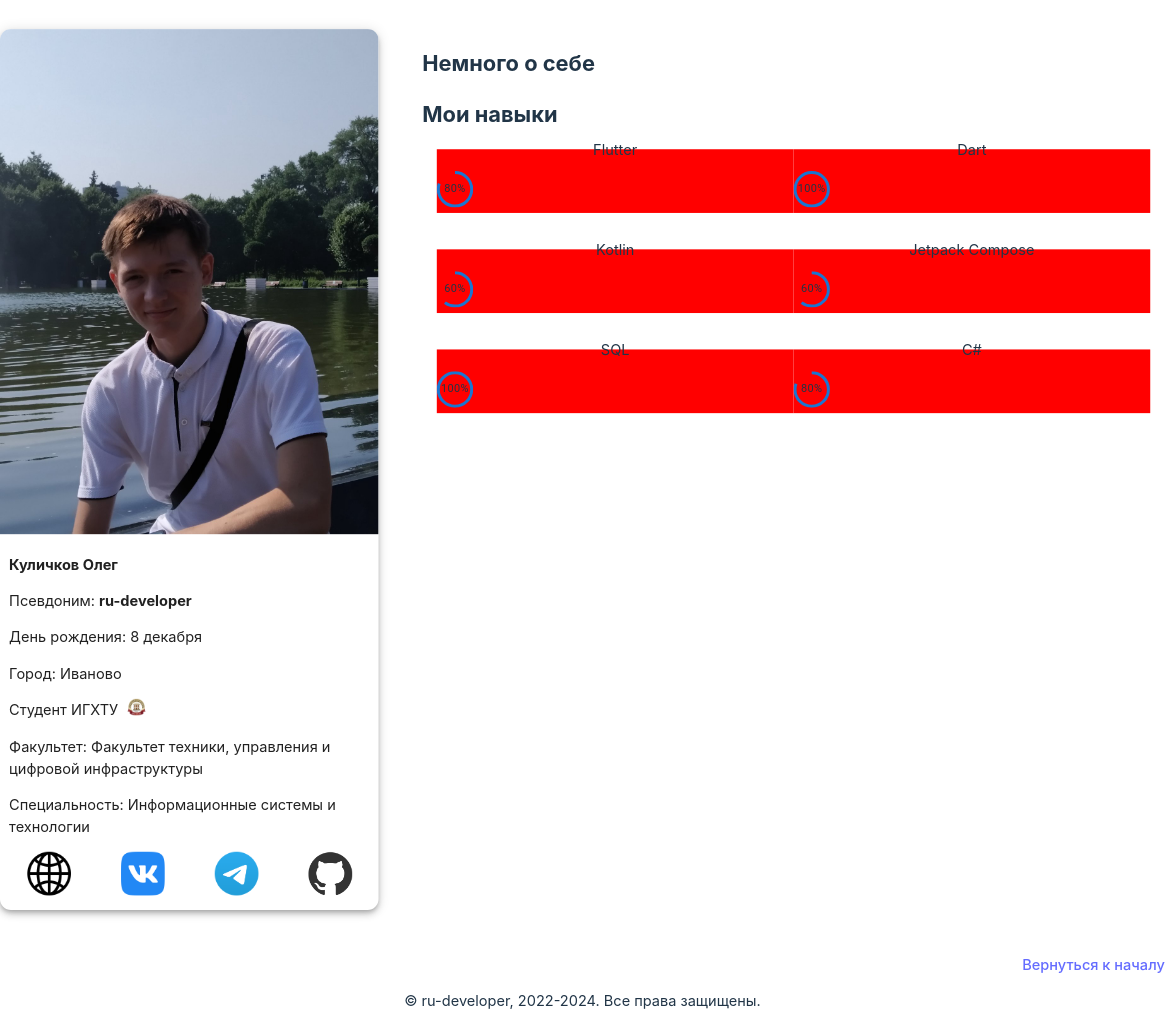
Repository: HubOl01/my_profile
Page: /
These files come from the project's save history. The page is drawn as it stood at one moment and after the next save; the edit follows.
The browser window is 1280 px wide. The pictures show the whole page, at 91% of full size.
The project was rebuilt for these pictures with package versions that can differ from the ones it lists, and the page was loaded fresh each time. Also part of the build but not shown: vite.config.ts, src/components/header/Header.module.scss, src/data/websites.ts.

Above is the page before, as saved 2024-03-09 10:53:53.

### src/App.tsx
import { Grid } from '@mui/material'
import './App.css'
import Common from './components/center/Common'
import Footer from './components/footer/Footer'
import Header from './components/header/Header'
import LeftBar from './components/left/LeftBar'
import style from './App.module.scss'

function App() {

  return (
    <>
      <Header />
      <Grid container spacing={2}>
        <Grid className={style.profile} item xs={4}>
          <LeftBar />
        </Grid>
        <Grid item xs>
          <Common />
        </Grid>
      </Grid>
      <Footer />
    </>
  )
}

export default App

### src/App.css
#root {
  max-width: 1280px;
  margin: 0 auto;
  /* padding: 2rem; */
  /* text-align: center; */
}
.logo:hover {
  filter: drop-shadow(0 0 2em #646cffaa);
}
.logo.react:hover {
  filter: drop-shadow(0 0 2em #61dafbaa);
}

@keyframes logo-spin {
  from {
    transform: rotate(0deg);
  }
  to {
    transform: rotate(360deg);
  }
}

@media (prefers-reduced-motion: no-preference) {
  a:nth-of-type(2) .logo {
    animation: logo-spin infinite 20s linear;
  }
}

/* .card {
  padding: 2em;
} */

.read-the-docs {
  color: #888;
}


/* .profile{
  min-width: 100%;
} */

### src/components/center/Common.tsx
import React from 'react'
import styles from './styles.module.scss'
import { Box, Grid } from '@mui/material'
import { CircularProgressWithLabel } from '../atoms/circularProgressWithLabel'
import { my_skills } from '../../data/my_skills'

export default function Common() {
  return (
    <div className={styles.center_common}>
      <h2>Немного о себе</h2>
      <p>

      </p>
      <h2>
        Мои навыки
      </h2>
      <Grid container margin={2} rowGap={5}>
        {
          my_skills.map((skill) =>
            <Grid xs={6}>
              <Box sx={{
                // width: "100%",
                background: "red",
              }}
              ><div style={{
                display: "inl",
                "textAlign": "center",
                transform: "translateY(-50%)",
              }}>
                {skill.name}

              </div>
                <CircularProgressWithLabel value={skill.progress * 100} />


              </Box>
            </Grid>
          )
        }
        {/*
        <Grid xs={6} ><CircularProgressWithLabel value={my_skills[0].progress}/></Grid> */}
        {/* <Grid xs={6} ><CircularProgressWithLabel value={}/><</Grid>
        <Grid xs={6} ><CircularProgressWithLabel value={}/><</Grid>
        <Grid xs={6} ><CircularProgressWithLabel value={}/><</Grid>
        <Grid xs={6} ><CircularProgressWithLabel value={}/><</Grid>
        <Grid xs={6} ><CircularProgressWithLabel value={}/><</Grid> */}
      </Grid>
      {/* <h2>Хобби</h2>
      <p>
        Я люблю изучать что-то новое. Я программирую на языке программирования
        C# и продолжаю осваивать язык в некоторых направлениях. (Например:
        создание мобильных приложений Xamarin и создание игр Unity)
      </p>
      <h2>Спорт</h2>
      <p>
        Я более 10 лет занимаюсь конькобежным спортом. В 16 лет выполнил
        спортивный разряд кандидат в мастера спорта. Кроме этого, с начала 1
        курса я начал заниматься легкой атлетикой. Принимаю участие в
        соревнованиях в составе сборной ИГХТУ.
      </p> */}
    </div>
  )
}

### src/components/footer/Footer.tsx
import React from 'react'

export default function Footer() {
  return (
    // <footer className="text-muted" style={{
    //   "width":"100%"
    // }}>
      <div className="container">
        <p className="float-right" style={{
      "textAlign": "right"
    }}>
          <a href="#">Вернуться к началу</a>
        </p>
        <p className="footer-text"
        style={{
          "textAlign": "center"
        }}
        >© ru-developer, 2022-{(new Date()).getFullYear()}. Все права защищены.</p>
      </div>
    // </footer>
  )
}

### src/components/header/Header.tsx
import './Header.module.scss'

export default function Header() {
  return (
      <div>
        {/* <h1>About myself</h1> */}
      </div>
  )
}

### src/components/left/LeftBar.tsx
import { Card, Grid } from '@mui/material';
import about from '../../assets/images/About.jpg';
import isuct from '../../assets/images/isuct.png';
import { websites } from '../../data/websites';
import { nickname } from '../../data/my_projects';
import style from './style.module.scss';

const list_web = websites.map((web) =>
  <Grid item xs>
    <div className="web">
      <a
        href={web.href}
        title={web.title}
      >
        <img
          className={style.img_icon}
          alt={web.alt}
          src={web.src}
          width={40}
        />
      </a>
    </div>
  </Grid>
)


const LeftBar = () => {
  return (
    <>
      <Card elevation={5}
      className={style.leftCard}
        sx={{
          borderRadius: 3,
        }} >
        <a title="Куличков Олег" href="https://vk.com/oleg01f">
          <img
            alt="about"
            src={about}
            style={{
              // borderRadius: '15px',
              display: 'flex',
              width: "100%",
            }}
            data-holder-rendered="true"
          />
        </a>
        <div style={{ padding: "5px 10px 10px 10px" }}> {/* top, right, bottom, left */}
          <div>
            <p>
              <b>Куличков Олег</b>
            </p>
            <p>
              Псевдоним: <b>{nickname}</b>
            </p>
            <p>
              <span >День рождения:</span> 8 декабря
            </p>
            <p>
              <span className="text-format">Город:</span> Иваново
            </p>
            <p>
              Студент ИГХТУ
              <img
                className="isuct"
                alt="ISUCT"
                src={isuct}
                width={20}
                style={{ "marginLeft": "10px" }}
              // data-holder-rendered="true"
              />
            </p>
            <p>
              <span className="text-format">Факультет:</span> Факультет техники,
              управления и цифровой инфраструктуры
            </p>
            <p>
              <span className="text-format">Специальность:</span> Информационные
              системы и технологии
            </p>
            {/* <p style={{
              "textAlign": "center",
              "justifyContent": "center",
              display: 'flex',
              width: "100%",

          }}>
            <span className="text-format">Социальные сети</span>
          </p> */}

            <Grid container spacing={2}

              sx={{
                'textAlign': "center",
                // display: 'flex',
                // width: "100%",
              }
              }>
              {list_web}
            </Grid>

          </div>
        </div>


      </Card>
    </>
  )
}

export default LeftBar

### src/App.module.scss
@media (max-width: 425px) {
    .profile{
      min-width: 100%;
    }
  }
  @media screen and (min-width: 426px) {
    .profile{
      min-width: 300px;
    }
  }

### src/components/center/styles.module.scss
.center_common{
    padding: 2rem;
}

### src/components/atoms/circularProgressWithLabel.tsx
import * as React from 'react';
import CircularProgress, {
  CircularProgressProps,
} from '@mui/material/CircularProgress';
import Typography from '@mui/material/Typography';
import Box from '@mui/material/Box';

export function CircularProgressWithLabel(
  props: CircularProgressProps & { value: number },
) {
  return (
    <Box sx={{ position: 'relative', display: 'inline-flex' }}>
      <CircularProgress variant="determinate" {...props} />
      <Box
        sx={{
          top: 0,
          left: 0,
          bottom: 0,
          right: 0,
          position: 'absolute',
          display: 'flex',
          alignItems: 'center',
          justifyContent: 'center',
        }}
      >
        <Typography
          variant="caption"
          component="div"
          // color="text.secondary"
        >{`${Math.round(props.value)}%`}</Typography>
      </Box>
    </Box>
  );
}

// export default function CircularWithValueLabel() {
//   const [progress, setProgress] = React.useState(10);

//   React.useEffect(() => {
//     const timer = setInterval(() => {
//       setProgress((prevProgress) => (prevProgress >= 100 ? 0 : prevProgress + 10));
//     }, 800);
//     return () => {
//       clearInterval(timer);
//     };
//   }, []);

//   return <CircularProgressWithLabel value={progress} />;
// }

### src/data/my_skills.ts
import { FullStack } from "./my_projects";

interface ISkill{
    name: string;
    progress: number;
}

export const my_skills: ISkill[] = [
    {
        name: FullStack.Flutter,
        progress: .80
    },
    {
        name: FullStack.Dart,
        progress: 1
    },
    {
        name: FullStack.Kotlin,
        progress: .6
    },
    {
        name: FullStack.Jetpack_Compose,
        progress: .6
    },
    {
        name: FullStack.SQL,
        progress: 1
    },
    {
        name: FullStack.C_sharp,
        progress: .8
    }
]

### src/data/my_projects.ts
export interface IProjects {
  title: string;
  description: string[];
  url_icon: string;
  url_images: string[];
  url_stores: string[];
  url_sources: string[];
  creator: string;
  fullStack: string[];
  platforms: string[];
  color: string;
}
export const nickname = "ru-developer";
export enum Platforms {
  Android = "Android",
  IOS = "IOS",
  Windows = "Windows",
  Linux = "Linux",
  Web = "Web",
}
// enum Colors {
//   Red = "",
//   White = "",
//   Black = "",
//   Green = "",
// }
export enum FullStack {
  Flutter = "Flutter",
  Dart = "Dart",
  Kotlin = "Kotlin",
  Jetpack_Compose = "Jetpack Compose",
  Winforms = "Winforms",
  C_sharp = "C#",
  React = "React",
  Typescript = "Typescript",
  Retrofit = "Retrofit",
  PHP = "PHP",
  SQLite = "SQLite",
  SQL = "SQL",
  MySQL = "MySQL",
  PostgreSQL = "PostgreSQL",
  Git = "Git",
  HTML = "HTML",
  CSS = "CSS",
  SCSS = "SCSS",
  Vite = "Vite",
}

export const projects: IProjects[] = [
  {
    title: "My Songbook",
    description: [
      "My Songbook – это творческая мастерская в вашем кармане. Независимо от того, являетесь ли вы гитаристом, певцом, композитором или просто энтузиастом музыки, это приложение поможет вам воплотить ваши музыкальные идеи в жизнь.",
      "\n",
      "Основные возможности:",
      "\n",
      "- Записывайте и редактируйте песни: Создавайте музыку в любое время, в любом месте. Записывайте мелодии, добавляйте тексты и настраивайте аранжировки – все это в вашем распоряжении.",
      "- Справочник аккордов для гитары: Независимо от вашего уровня мастерства, наше приложение предлагает обширный справочник аккордов для гитары. Найдите нужный аккорд и создайте свой собственный уникальный звук.",
      "- Автоскролл и легкая навигация: Никогда больше не теряйтесь в тексте. Функция автоскролла позволяет вам сконцентрироваться на музыке, а не на прокрутке текста.",
      "- Делитесь своей музыкой: Поделитесь своими произведениями с миром через социальные сети непосредственно из приложения. Позвольте всем услышать вашу творческую энергию.",
      "- Аудиофайлы с песнями: Сохраняйте свои композиции в виде аудиофайлов. Прослушивайте их в любое время или отправляйте друзьям и коллегам.",
      "\n",
      "Почему выбрать My Songbook?",
      "\n",
      "- Простота и удобство: Даже если вы начинающий музыкант, вы сможете создавать профессиональные композиции с легкостью.",
      "- Безопасное хранение ваших произведений: Ваши записи остаются конфиденциальными. Спокойно работайте над своими идеями, зная, что они в безопасности.",
      "\n",
      "Неважно, вы начинающий музыкант или профессионал, My Songbook поможет вам создать и поделиться музыкой, которая касается сердец. Начните свое музыкальное путешествие сегодня!",
    ],
    url_icon: "",
    url_images: [],
    url_stores: [
      "https://apps.rustore.ru/app/ru.ru_developer.my_songbook",
      "https://appgallery.huawei.com/app/C109087129",
      "https://global.app.mi.com/details?lo=RU&la=en_US&id=ru.ru_developer.my_songbook.mi",
    ],
    url_sources: ["https://github.com/HubOl01/my_songbook"],
    creator: nickname,
    fullStack: [FullStack.Flutter, FullStack.Dart],
    platforms: [Platforms.Android],
    color: "",
  },
  {
    title: "Мой универ - ИГХТУ",
    description: [
      '"Мой универ - ИГХТУ" - это мобильное приложение, специально разработанное для студентов Ивановского государственного химико-технологического университета. Вы теперь сможете посмотреть расписание пар даже без интернета! Также можно получать уведомления об информации пар каждый день. В приложении также доступны заметки и вы можете записывать лекции, делать пометки, прикреплять ссылки и также делиться ими.',
      "\n",
      "Основные функции приложения:",
      "\n",
      "- Календарь с расписанием пар на текущий день",
      "- Расписание лекций, практик и семинаров",
      "- Новости ВУЗа",
      "- Вход в moodle ИГХТУ",
      "- Расписание преподавателей, сессий",
      "- Поисковик",
      "- Заметки, конспекты",
      "- Уведомления об информации пар на каждый день",
      "\n",
      "Также приложение адаптировано под планшеты      ",
    ],
    url_icon: "",
    url_images: [],
    url_stores: [
      "https://apps.rustore.ru/app/ru.ru_developer.my_university_isuct",
    ],
    url_sources: ["https://github.com/HubOl01/my_university_isuct"],
    creator: nickname,
    fullStack: [FullStack.Flutter, FullStack.Dart, FullStack.PHP],
    platforms: [Platforms.Android],
    color: "",
  },
  {
    title: "MyAppHome",
    description: ["Приложение для многоквартирных домов"],
    url_icon: "",
    url_images: [],
    url_stores: [],
    url_sources: [],
    creator: "Создано вместе с командой OVERLAGO",
    fullStack: [FullStack.Flutter, FullStack.Dart],
    platforms: [Platforms.Android],
    color: "",
  },
  {
    title: "City Adventures",
    description: [],
    url_icon: "",
    url_images: [],
    url_stores: [],
    url_sources: [],
    creator: "Создано с командой на хакатоне",
    fullStack: [FullStack.Flutter, FullStack.Dart],
    platforms: [Platforms.Android],
    color: "",
  },
  {
    title: "Bellisemo",
    description: ["Student project for study architectural technologies"],
    url_icon: "",
    url_images: [],
    url_stores: [],
    url_sources: [],
    creator: "Student project",
    fullStack: [FullStack.React, FullStack.Typescript],
    platforms: [Platforms.Web],
    color: "",
  },
  {
    title: "Weather",
    description: ["Student project for study kotlin jetpack compose"],
    url_icon: "",
    url_images: [],
    url_stores: [],
    url_sources: [],
    creator: nickname,
    fullStack: [
      FullStack.Jetpack_Compose,
      FullStack.Kotlin,
      FullStack.Retrofit,
    ],
    platforms: [Platforms.Android],
    color: "",
  },
  {
    title: "My portfolio",
    description: ["Вебсайт для показа своих проектов, которые мы видим здесь"],
    url_icon: "",
    url_images: [],
    url_stores: [],
    url_sources: [],
    creator: nickname,
    fullStack: [FullStack.React, FullStack.Typescript],
    platforms: [Platforms.Web],
    color: "",
  },
];

### src/components/left/style.module.scss
@media (max-width: 699px) {
    .img_icon {
        width: 2em;
        // height: 50%;
    }
}
@media screen and (min-width: 700px) {
    .img_icon {
        width: 3em;
        // height: 50%;
    }
}
// @media screen and (max-width: 768px) {
//     .img_icon {
//         width: 50px;
//         height: 50px;
//     }
// }
div {
    display: "flex";
}
.leftCard {
    margin: 2em 0;
}
/* // .custom-card{

// } */

Loaded but not shown: index.html (common file); src/main.tsx (common file); src/index.css (common file)

After the next save:
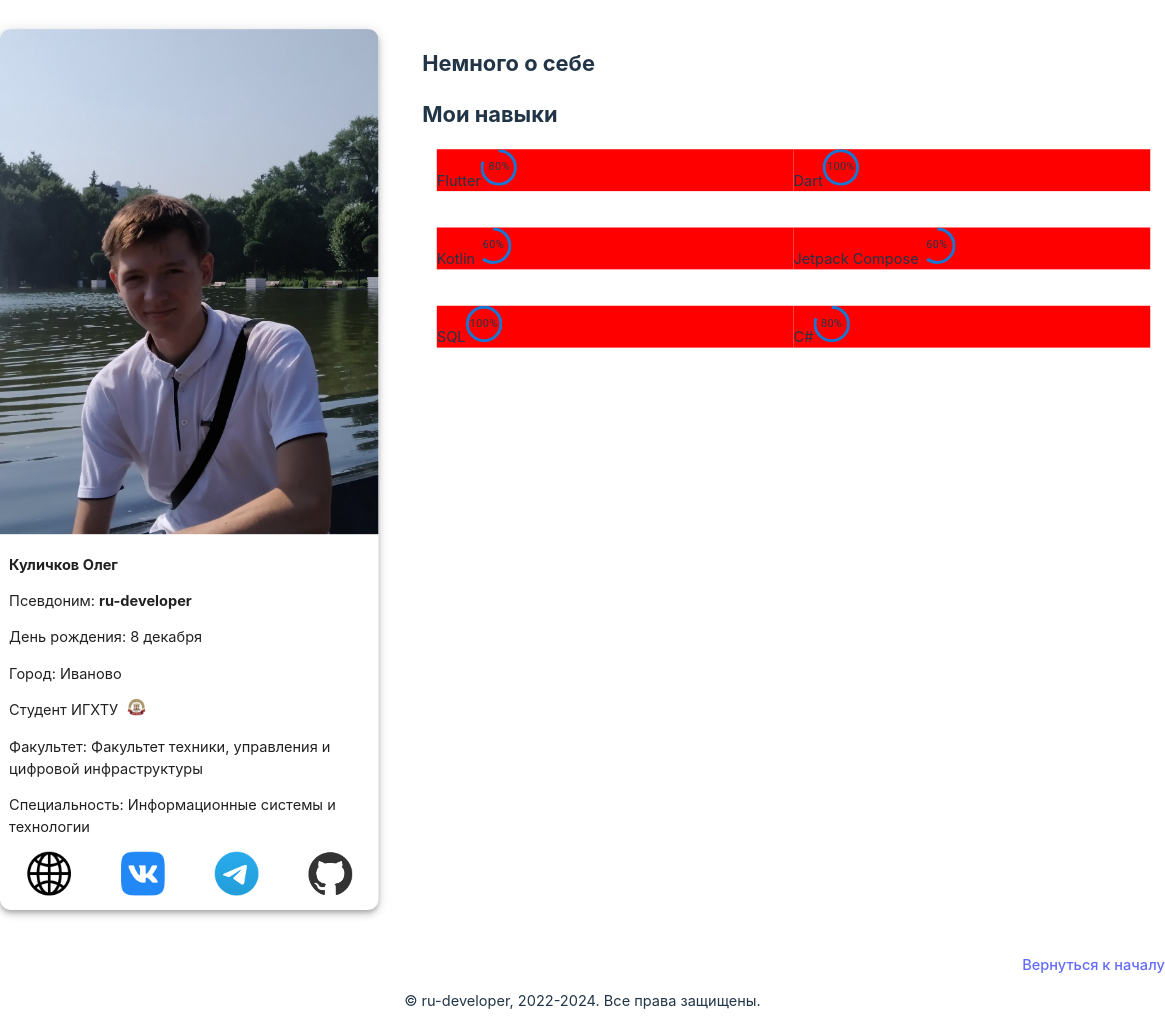
Saved 5 s later.
--- a/src/components/center/Common.tsx
+++ b/src/components/center/Common.tsx
@@ -23,7 +23,7 @@
                 background: "red",
               }}
               ><div style={{
-                display: "inl",
+                display: "inline",
                 "textAlign": "center",
                 transform: "translateY(-50%)",
               }}>

After the 6 saves that followed:
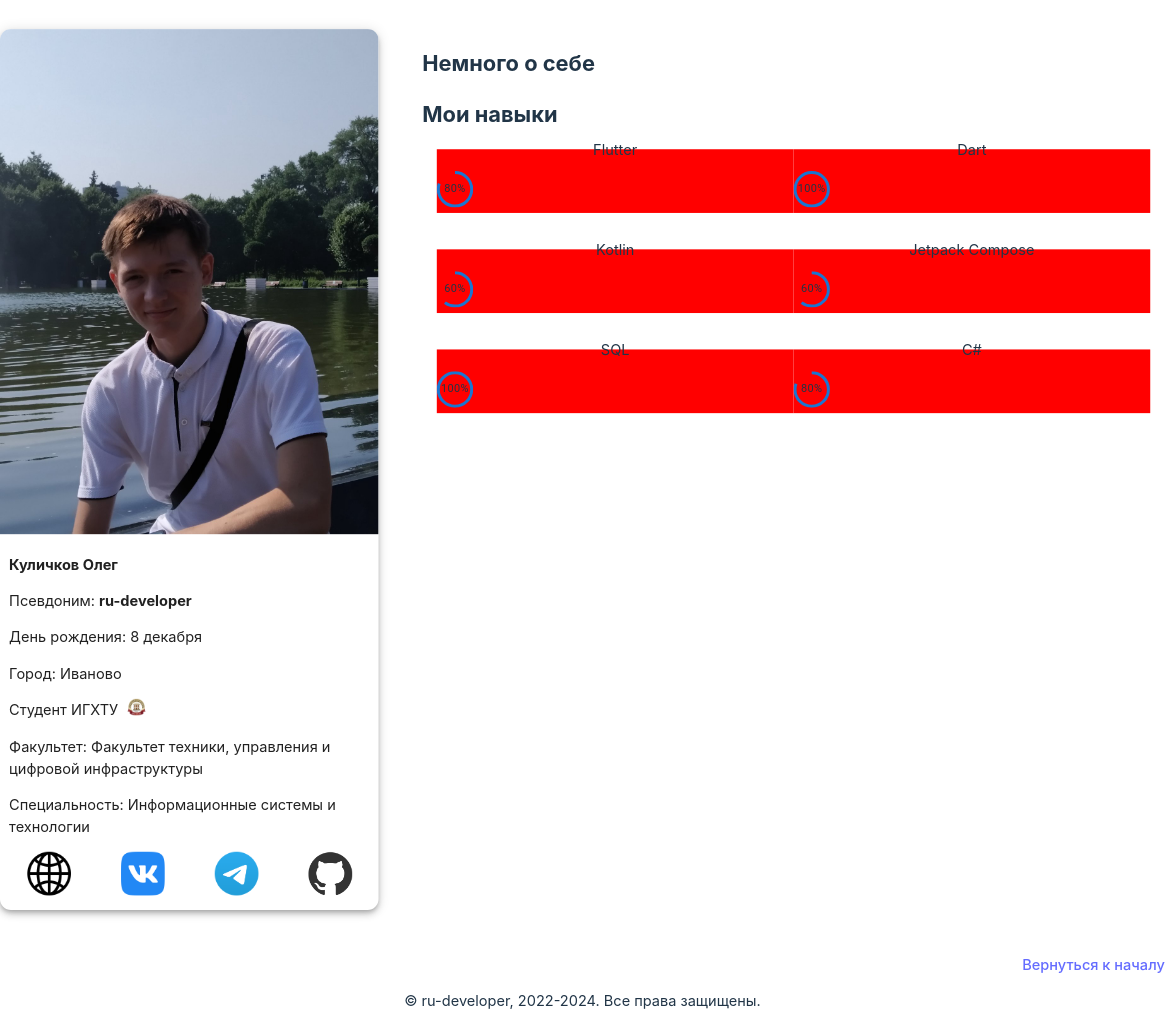
The 6 saves are shown as one change because 1 left the picture as it was and some came seconds apart.
The last was saved 34 s later.
--- a/src/components/center/Common.tsx
+++ b/src/components/center/Common.tsx
@@ -23,7 +23,7 @@
                 background: "red",
               }}
               ><div style={{
-                display: "inline",
+                display: "",
                 "textAlign": "center",
                 transform: "translateY(-50%)",
               }}>
